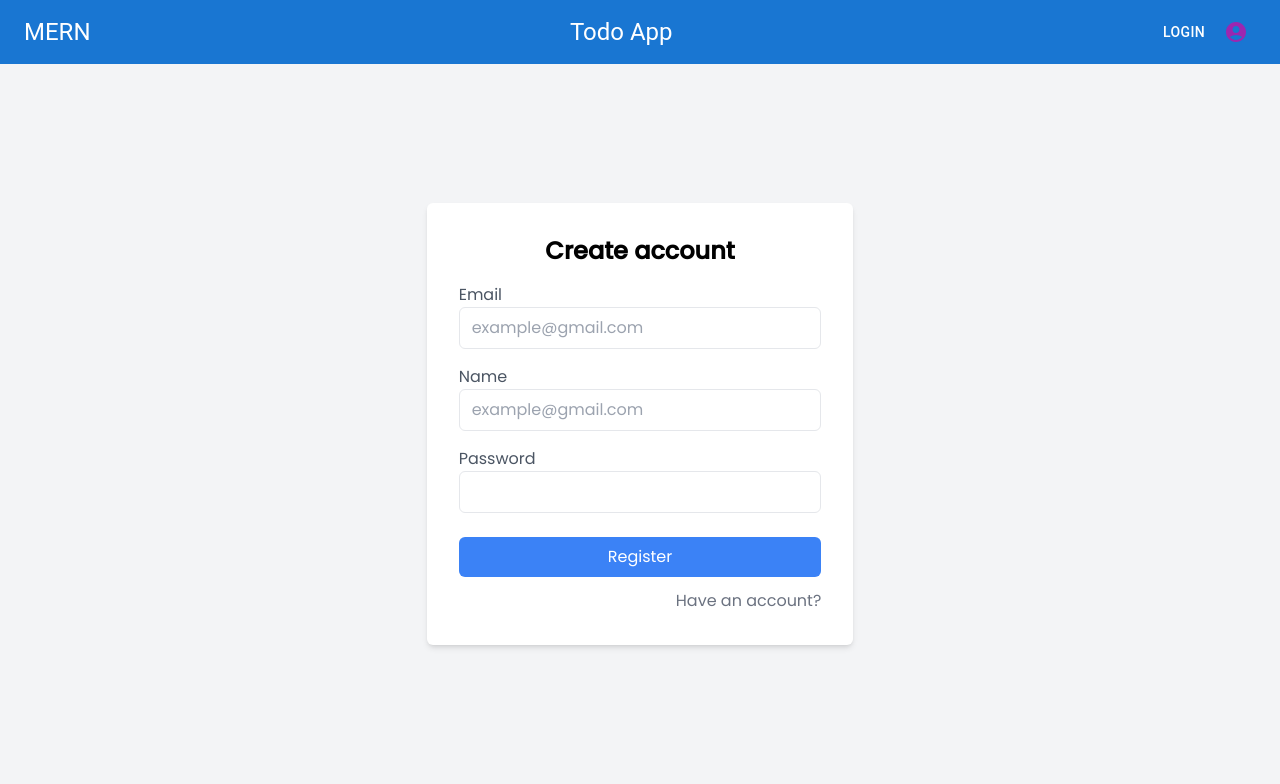
Repository: Nurlan-Bakenbaev/MERN--todo
Page: /register (app in client/)
An editor plug-in stored every save of this project. The page is shown before and after a run of saves, followed by the edit.
The browser window is 1280 px wide. The pictures show the whole page.
The project was rebuilt for these pictures with package versions that can differ from the ones it lists, and the page was loaded fresh each time. Also part of the build but not shown: client/vite.config.js, client/src/pages/Login.jsx.

Above is the page before, as saved 2023-10-15 16:57:00.

After the next 7 saves:
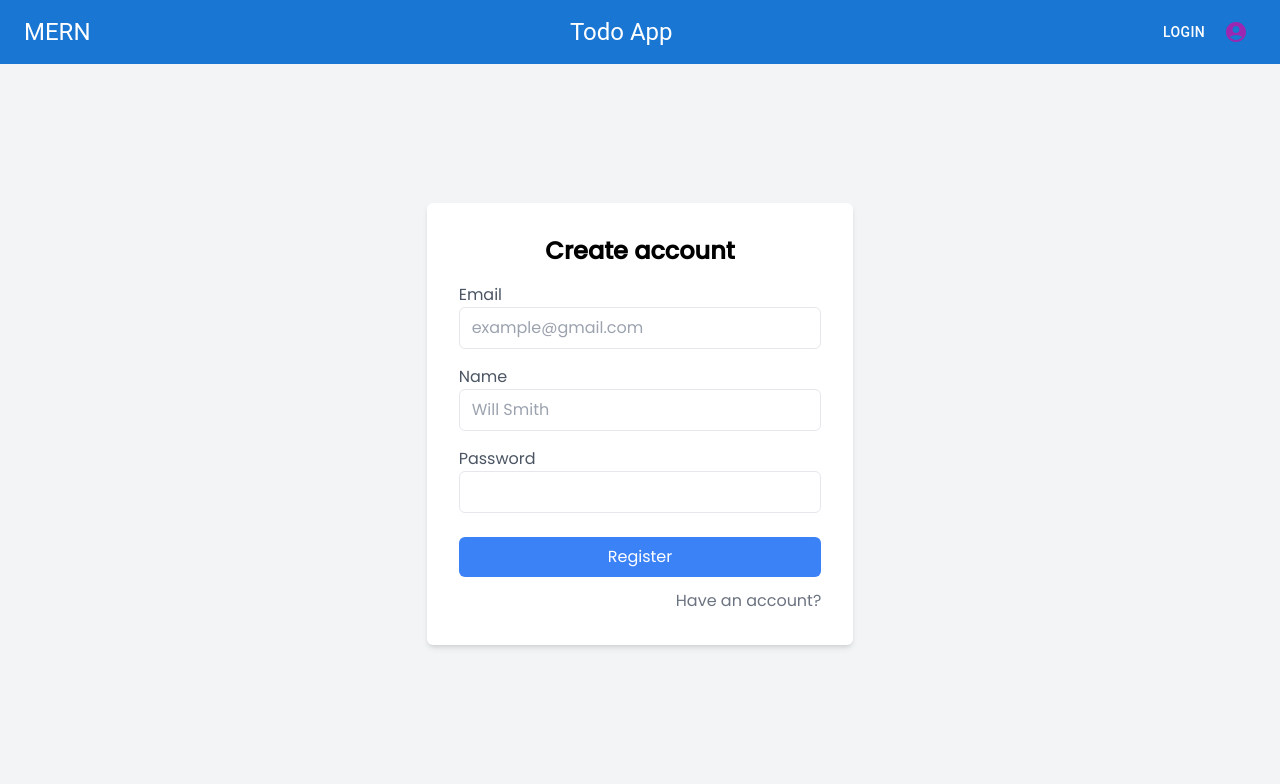
The 7 saves are shown as one change because they came seconds apart.
The last was saved 20 s later.
--- a/client/src/pages/Register.jsx
+++ b/client/src/pages/Register.jsx
@@ -19,7 +19,7 @@ const Register = () => {
           <div className="mb-4">
             <label className="block text-gray-600">Name</label>
             <input
-              placeholder="example@gmail.com"
+              placeholder="Will Smith"
               type="email"
               className="w-full border rounded-md py-2 px-3"
             />
